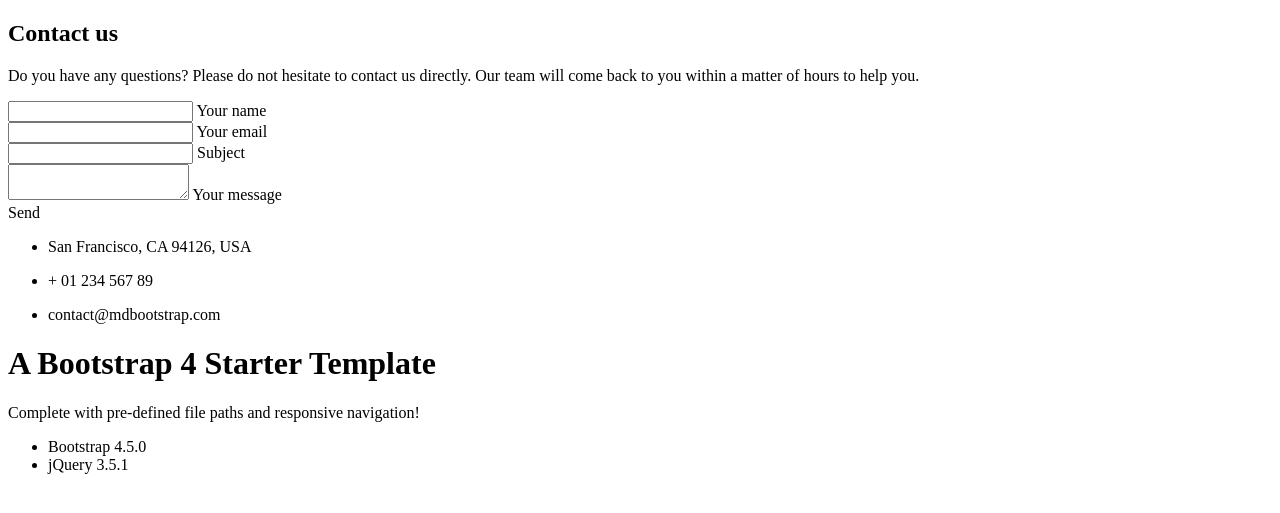
Repository: QuangThuanLion/Project_SpringMVC
Page: http://localhost/springweb-mvc/WEB-INF/views/web/contact.jsp
The author's editor kept a copy of each file at every save. The page is drawn from the files as they stood at one save, then again after the next save.
The browser window is 1280 px wide. The pictures show the whole page.
The page is served by Tomcat 9. Nobody is signed in. Other server files are loaded and not shown. The template is opened directly, without the code that normally fills it, so the values that code supplies are empty.

Above is the page before, as saved 2020-07-01 17:29:44.

### springweb-mvc/src/main/webapp/WEB-INF/views/web/contact.jsp
<%@ page language="java" contentType="text/html; charset=UTF-8" pageEncoding="UTF-8"%>
<!DOCTYPE html>
<html>
<head>
<meta charset="UTF-8">
<title>Liên hệ - Liên hệ của cửa hàng nội thất xe hơi</title>
</head>
<body>

	<!--Section: Contact v.2-->
<section>

    <!--Section heading-->
    <h2 class="h1-responsive font-weight-bold text-center my-4">Contact us</h2>
    <!--Section description-->
    <p class="text-center w-responsive mx-auto mb-5">Do you have any questions? Please do not hesitate to contact us directly. Our team will come back to you within
        a matter of hours to help you.</p>

    <div class="row">

        <!--Grid column-->
        <div class="col-md-9 mb-md-0 mb-5">
            <form id="contact-form" name="contact-form" action="mail.php" method="POST">

                <!--Grid row-->
                <div class="row">

                    <!--Grid column-->
                    <div class="col-md-6">
                        <div class="md-form mb-0">
                            <input type="text" id="name" name="name" class="form-control">
                            <label for="name" class="">Your name</label>
                        </div>
                    </div>
                    <!--Grid column-->

                    <!--Grid column-->
                    <div class="col-md-6">
                        <div class="md-form mb-0">
                            <input type="text" id="email" name="email" class="form-control">
                            <label for="email" class="">Your email</label>
                        </div>
                    </div>
                    <!--Grid column-->

                </div>
                <!--Grid row-->

                <!--Grid row-->
                <div class="row">
                    <div class="col-md-12">
                        <div class="md-form mb-0">
                            <input type="text" id="subject" name="subject" class="form-control">
                            <label for="subject" class="">Subject</label>
                        </div>
                    </div>
                </div>
                <!--Grid row-->

                <!--Grid row-->
                <div class="row">

                    <!--Grid column-->
                    <div class="col-md-12">

                        <div class="md-form">
                            <textarea type="text" id="message" name="message" rows="2" class="form-control md-textarea"></textarea>
                            <label for="message">Your message</label>
                        </div>

                    </div>
                </div>
                <!--Grid row-->

            </form>

            <div class="text-center text-md-left">
                <a class="btn btn-primary" onclick="document.getElementById('contact-form').submit();">Send</a>
            </div>
            <div class="status"></div>
        </div>
        <!--Grid column-->

        <!--Grid column-->
        <div class="col-md-3 text-center">
            <ul class="list-unstyled mb-0">
                <li><i class="fas fa-map-marker-alt fa-2x"></i>
                    <p>San Francisco, CA 94126, USA</p>
                </li>

                <li><i class="fas fa-phone mt-4 fa-2x"></i>
                    <p>+ 01 234 567 89</p>
                </li>

                <li><i class="fas fa-envelope mt-4 fa-2x"></i>
                    <p>contact@mdbootstrap.com</p>
                </li>
            </ul>
        </div>
        <!--Grid column-->

    </div>

</section>
<!--Section: Contact v.2-->

	  <!-- Page Content -->
  <div class="container">
    <div class="row">
      <div class="col-lg-12 text-center">
        <h1 class="mt-5">A Bootstrap 4 Starter Template</h1>
        <p class="lead">Complete with pre-defined file paths and responsive navigation!</p>
        <ul class="list-unstyled">
          <li>Bootstrap 4.5.0</li>
          <li>jQuery 3.5.1</li>
        </ul>
      </div>
    </div>
  </div>

</body>
</html>

After the next save:
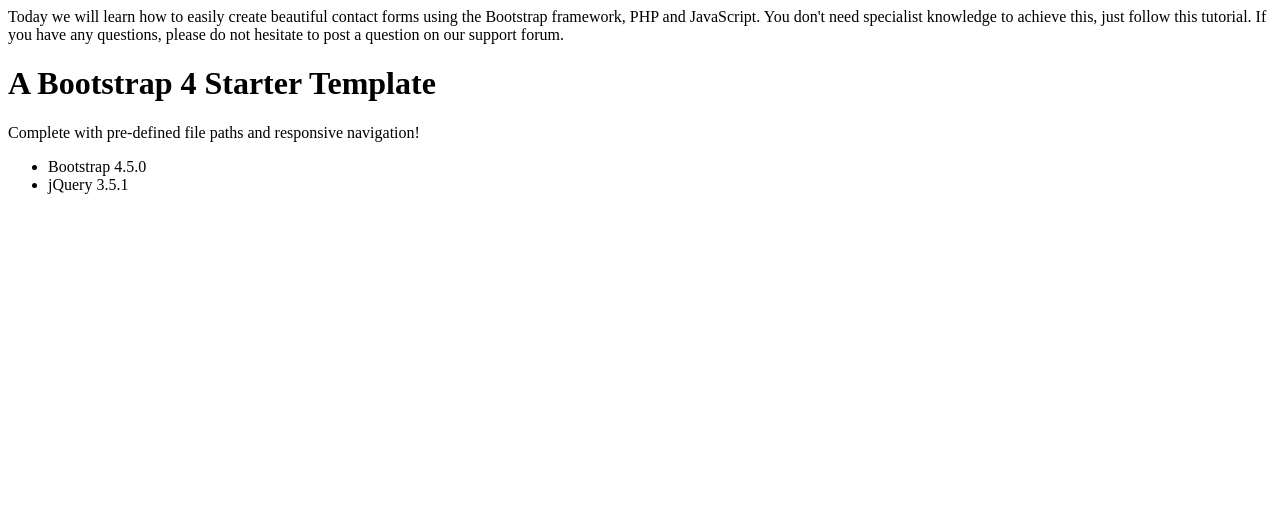
Saved 63 s later.
--- a/springweb-mvc/src/main/webapp/WEB-INF/views/web/contact.jsp
+++ b/springweb-mvc/src/main/webapp/WEB-INF/views/web/contact.jsp
@@ -7,104 +7,13 @@
 </head>
 <body>
 
-	<!--Section: Contact v.2-->
-<section>
+  <div>
+  	Today we will learn how to easily create beautiful contact forms using the Bootstrap framework,
+  	PHP and JavaScript. You don't need specialist knowledge to achieve this, just follow this tutorial.
+  	If you have any questions, please do not hesitate to post a question on our support forum.
+  </div>
 
-    <!--Section heading-->
-    <h2 class="h1-responsive font-weight-bold text-center my-4">Contact us</h2>
-    <!--Section description-->
-    <p class="text-center w-responsive mx-auto mb-5">Do you have any questions? Please do not hesitate to contact us directly. Our team will come back to you within
-        a matter of hours to help you.</p>
-
-    <div class="row">
-
-        <!--Grid column-->
-        <div class="col-md-9 mb-md-0 mb-5">
-            <form id="contact-form" name="contact-form" action="mail.php" method="POST">
-
-                <!--Grid row-->
-                <div class="row">
-
-                    <!--Grid column-->
-                    <div class="col-md-6">
-                        <div class="md-form mb-0">
-                            <input type="text" id="name" name="name" class="form-control">
-                            <label for="name" class="">Your name</label>
-                        </div>
-                    </div>
-                    <!--Grid column-->
-
-                    <!--Grid column-->
-                    <div class="col-md-6">
-                        <div class="md-form mb-0">
-                            <input type="text" id="email" name="email" class="form-control">
-                            <label for="email" class="">Your email</label>
-                        </div>
-                    </div>
-                    <!--Grid column-->
-
-                </div>
-                <!--Grid row-->
-
-                <!--Grid row-->
-                <div class="row">
-                    <div class="col-md-12">
-                        <div class="md-form mb-0">
-                            <input type="text" id="subject" name="subject" class="form-control">
-                            <label for="subject" class="">Subject</label>
-                        </div>
-                    </div>
-                </div>
-                <!--Grid row-->
-
-                <!--Grid row-->
-                <div class="row">
-
-                    <!--Grid column-->
-                    <div class="col-md-12">
-
-                        <div class="md-form">
-                            <textarea type="text" id="message" name="message" rows="2" class="form-control md-textarea"></textarea>
-                            <label for="message">Your message</label>
-                        </div>
-
-                    </div>
-                </div>
-                <!--Grid row-->
-
-            </form>
-
-            <div class="text-center text-md-left">
-                <a class="btn btn-primary" onclick="document.getElementById('contact-form').submit();">Send</a>
-            </div>
-            <div class="status"></div>
-        </div>
-        <!--Grid column-->
-
-        <!--Grid column-->
-        <div class="col-md-3 text-center">
-            <ul class="list-unstyled mb-0">
-                <li><i class="fas fa-map-marker-alt fa-2x"></i>
-                    <p>San Francisco, CA 94126, USA</p>
-                </li>
-
-                <li><i class="fas fa-phone mt-4 fa-2x"></i>
-                    <p>+ 01 234 567 89</p>
-                </li>
-
-                <li><i class="fas fa-envelope mt-4 fa-2x"></i>
-                    <p>contact@mdbootstrap.com</p>
-                </li>
-            </ul>
-        </div>
-        <!--Grid column-->
-
-    </div>
-
-</section>
-<!--Section: Contact v.2-->
-
-	  <!-- Page Content -->
+  <!-- Page Content -->
   <div class="container">
     <div class="row">
       <div class="col-lg-12 text-center">
